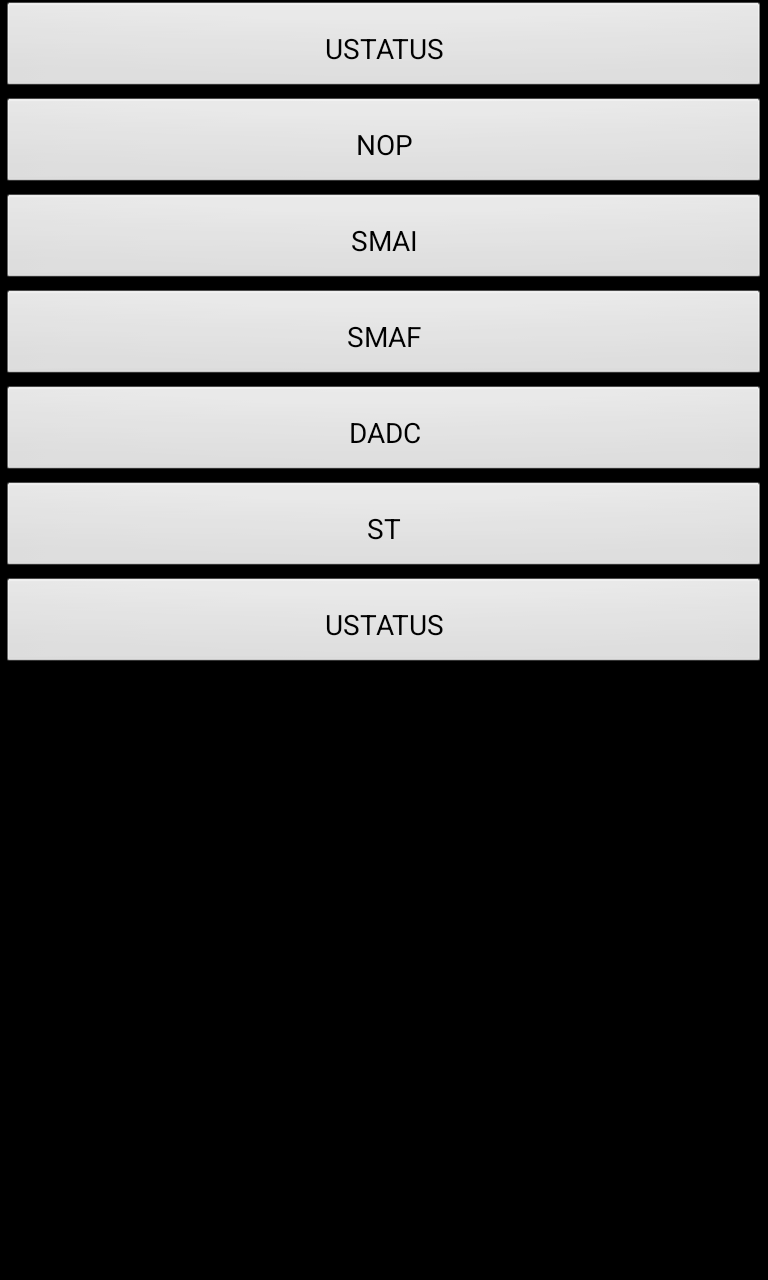
Repository: sergioenriquez/CSTE
Layout: HNAD/res/layout/devcmdtab.xml
The author's editor kept a copy of each file at every save. The layout is drawn from the files as they stood at one save, then again after the next save.
It is drawn on a 768 x 1280 px phone screen (xhdpi) without system bars, with theme android:Theme.NoTitleBar; the app's code is not run.

Above is the layout before, as saved 2011-12-19 06:47:57.

After the next save:
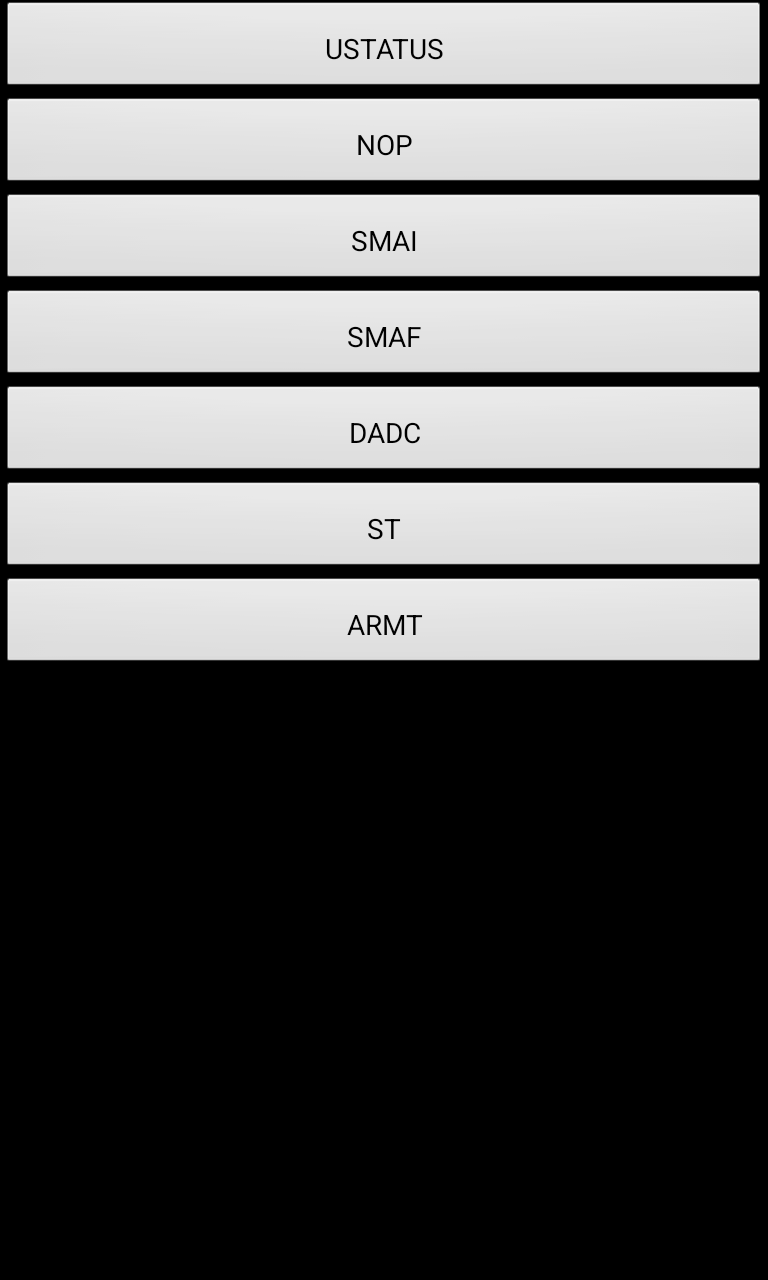
Saved 5 s later.
--- a/HNAD/res/layout/devcmdtab.xml
+++ b/HNAD/res/layout/devcmdtab.xml
@@ -47,7 +47,7 @@
        android:padding="12dp"
        android:gravity="center" />
     <Button
-       android:text="USTATUS"
+       android:text="ARMT"
        android:layout_height="wrap_content"
        android:layout_width="match_parent"
        android:layout_gravity="right"
